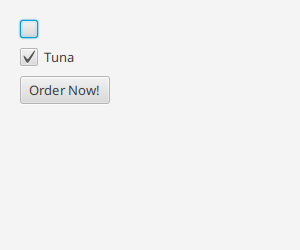
Repository: atafs/BackEnd_JavaSWING
Program's window: java Module_GUI_1_2JavaFX/src/americo/main/Main09.java
These files come from the project's save history. The program's window is drawn as it stood at one moment and after the next save; the edit follows.
It runs on Java 21 on a 1366 x 768 screen with JavaFX 11; the title bar is not drawn.

Above is the program's window before, as saved 2015-06-27 01:58:42.

After the next save:
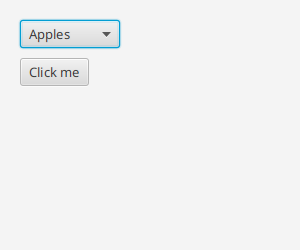
Saved 28 s later.
--- a/Module_GUI_1_2JavaFX/src/americo/main/Main09.java
+++ b/Module_GUI_1_2JavaFX/src/americo/main/Main09.java
@@ -4,7 +4,7 @@
 import javafx.geometry.Insets;
 import javafx.scene.Scene;
 import javafx.scene.control.Button;
-import javafx.scene.control.CheckBox;
+import javafx.scene.control.ChoiceBox;
 import javafx.scene.layout.VBox;
 import javafx.stage.Stage;
 
@@ -21,38 +21,34 @@
     @Override
     public void start(Stage primaryStage) throws Exception {
         window = primaryStage;
-        window.setTitle("Bucky's Meat Subs");
+        window.setTitle("ChoiceBox Demo");
+        button = new Button("Click me");
 
-        //Checkboxes
-        CheckBox box1 = new CheckBox();
-        CheckBox box2 = new CheckBox("Tuna");
-        box2.setSelected(true);
+        ChoiceBox<String> choiceBox = new ChoiceBox<>();
 
-        //Button
-        button = new Button("Order Now!");
-        button.setOnAction(e -> handleOptions(box1, box2));
+        //getItems returns the ObservableList object which you can add items to
+        choiceBox.getItems().add("Apples");
+        choiceBox.getItems().add("Bananas");
+        choiceBox.getItems().addAll("Bacon", "Ham", "Meatballs");
 
-        //Layout
+        //Set a default value
+        choiceBox.setValue("Apples");
+
+        button.setOnAction(e -> getChoice(choiceBox));
+
         VBox layout = new VBox(10);
         layout.setPadding(new Insets(20, 20, 20, 20));
-        layout.getChildren().addAll(box1, box2, button);
+        layout.getChildren().addAll(choiceBox, button);
 
         scene = new Scene(layout, 300, 250);
         window.setScene(scene);
         window.show();
     }
 
-    //Handle checkbox options
-    private void handleOptions(CheckBox box1, CheckBox box2){
-        String message = "Users order:\n";
-
-        if(box1.isSelected())
-            message += "Bacon\n";
-
-        if(box2.isSelected())
-            message += "Tuna\n";
-
-        System.out.println(message);
+    //To get the value of the selected item
+    private void getChoice(ChoiceBox<String> choiceBox){
+        String food = choiceBox.getValue();
+        System.out.println(food);
     }
 
 
